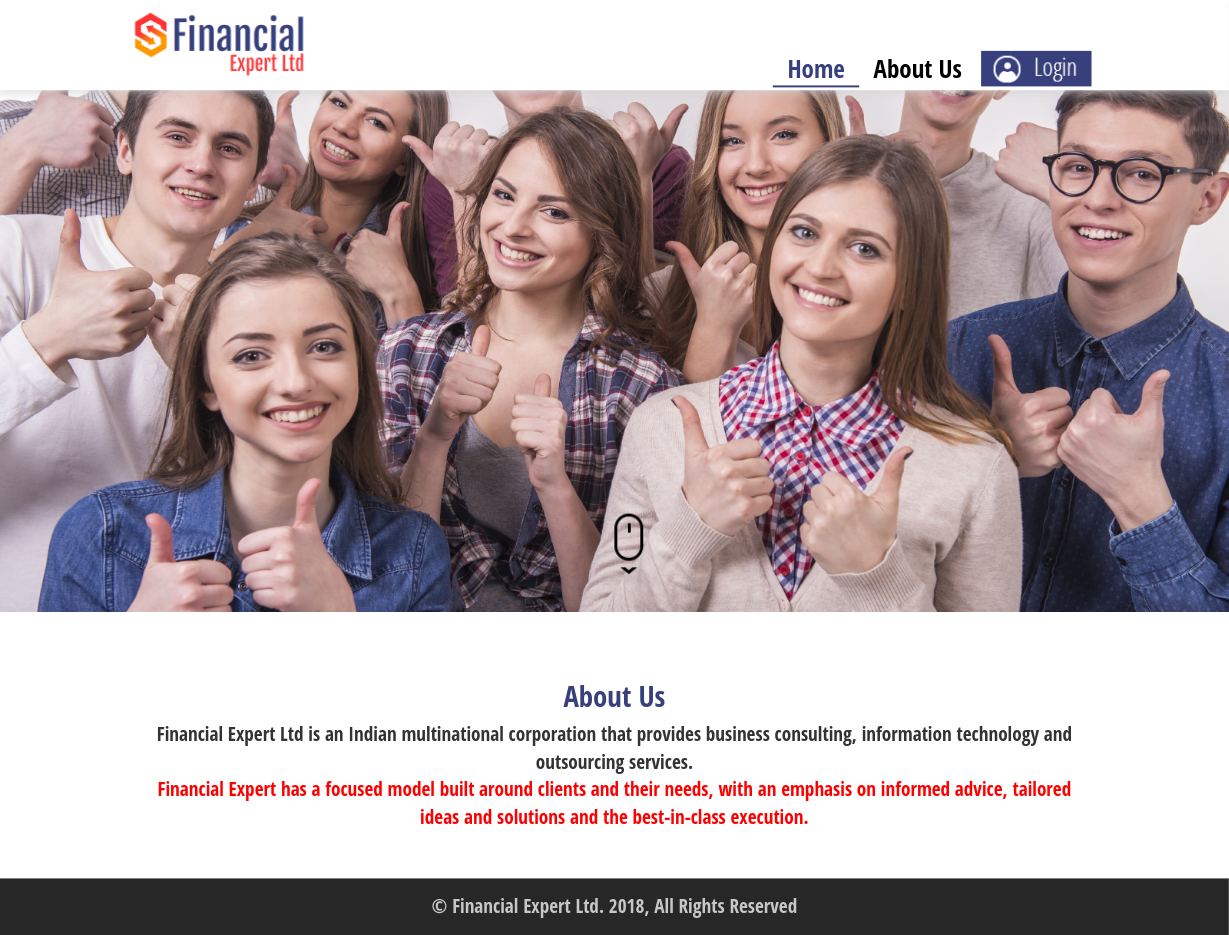
Repository: intkhabahmed/AcceleratedBootcampWebsites
Page: http://localhost/FinancialExpert/UI/index.jsp
An editor plug-in stored every save of this project. The page is shown before and after the next save, followed by the edit.
The browser window is 1280 px wide. The pictures show the whole page, at 96% of full size.
Some web fonts or font styles are not loaded; a fallback is used. The page is served by Tomcat 9. Nobody is signed in. The application's start-up code is not run. Other server files are loaded and not shown.

Above is the page before, as saved 2018-02-13 08:13:27.

### FinancialExpert/WebContent/UI/index.jsp
<%@ page language="java" contentType="text/html; charset=ISO-8859-1"
	pageEncoding="ISO-8859-1"%>
<%@taglib uri="http://java.sun.com/jsp/jstl/core" prefix="c"%>
<!DOCTYPE html>
<html>
<head>
<title>Financial Expert Ltd.</title>
<meta http-equiv="Content-Type" content="text/html; charset=ISO-8859-1">
<meta name="viewport" content="width=device-width, initial-scale=1.0">
<link rel="stylesheet" type="text/css" href="css/bootstrap.min.css">
<link rel="stylesheet" type="text/css" href="css/font-awesome.min.css">
<link rel="stylesheet" type="text/css" href="css/custom.css">
<link
	href='https://fonts.googleapis.com/css?family=Open Sans Condensed:300'
	rel='stylesheet'>
</head>
<body id="home">

	<jsp:include page="header.jsp"></jsp:include>


	<!-- <div class="row"> -->
	<div id="carousel-example-generic" class="carousel slide"
		data-ride="carousel">
		<!-- Indicators -->
		<img src="images/downarrow.png" alt="DownArrow" id="downarrow" />
		<!-- Wrapper for slides -->
		<div class="carousel-inner" role="listbox">
			<div class="item active">
				<img src="images/banner.png" alt="">
			</div>
		</div>

	</div>
	<!--end carousel-->

	<!-- </div> -->
	<div class="container">
		<hr>
		<div class="row">
			<div id="aboutus">
				<h2 align="center">About Us</h2>
				<p align="center">Financial Expert Ltd is an Indian
					multinational corporation that provides business consulting,
					information technology and outsourcing services.</p>
				<p align="center" class="error">Financial Expert has a focused model built around clients and
					their needs, with an emphasis on informed advice, tailored ideas
					and solutions and the best-in-class execution.</p>
			</div>
			<!--end aboutus-->
		</div>
		<hr>
	</div>
	<!--end container-->
	<div id="footer">
		<footer>
			<p align="center">&copy; Financial Expert Ltd. 2018, All Rights
				Reserved</p>
		</footer>
	</div>
	<div class="overlay" title="click to close"></div>
	<div id="loginWindow">
		<h2 align="center">Login Form</h2>
		<form class="form-vertical" method="post" action="login.html"
			id="login_form">
			<div class="form-group">
				<input type="text" name="username" required="required"
					class="form-control" placeholder="Enter UserName" /> <input
					type="password" name="password" required="required"
					class="form-control" placeholder="Enter Password" />

			</div>
			<div class="form-group">
				<h4 id="forgotPass">
					<a href="#" class="pull-left">Forgot Password?</a>
				</h4>
				<input type="submit" name="login_btn" id="login_btn" value="Login"
					class="pull-right btn btn-default" />
			</div>
		</form>
	</div>
	<div id="queryWindow">
		<h2 align="center">Query Form</h2>
		<form class="form-vertical" method="post" action="askQuery.html"
			id="query_form">
			<div class="form-group">
				<label class="form-label" for="receiver">Choose Company</label> <br>
				<input type="radio" name="receiver" required="required"
					value="BeneesFradia" /> BeneesFradia &nbsp;&nbsp; <input
					type="radio" name="receiver" value="QuickgunHeadley" />
				QuickgunHeadley <br>
			</div>
			<div class="form-group">
				<textarea rows="4" class="form-control"
					placeholder="Enter the query" name="query"></textarea>
				<input type="submit" name="querySubmit_btn" id="querySubmit_btn"
					value="Send" class="form-control btn btn-default" />
			</div>
		</form>
	</div>

	<div id="uploadWindow">
		<h2 align="center">Upload Proposal</h2>
		<form class="form-vertical" method="post" action="#" id="upload_form"
			enctype="multipart/form-data">
			<div class="form-group">
				<label class="form-label" for="receiver">Choose Company</label> <br>
				<input type="radio" name="receiver" required="required"
					value="BeneesFradia" /> BeneesFradia &nbsp;&nbsp; <input
					type="radio" name="receiver" value="QuickgunHeadley" />
				QuickgunHeadley <br>
			</div>
			<div class="form-group">
				<input type="file" name="propsalFile" id="fileInput"
					required="required" class="pull-left" /> <input type="submit"
					name="propsalSubmit_btn" value="Upload"
					class="btn btn-default pull-right" id="proposalSubmit_btn" />
			</div>
		</form>
	</div>

	<script type="text/javascript" src="js/jquery-3.1.0.min.js"></script>
	<script type="text/javascript" src="js/bootstrap.min.js"></script>
	<script type="text/javascript" src="js/custom.js"></script>
	<c:if test="${errorMessage ne null}">
		<%-- 	<div class="alert alert-danger" role="alert" >"${errorMessage}"</div> --%>
		<script>
			alert("${errorMessage}");
			showLoginPage();
		</script>
	</c:if>
	<c:if test="${successMessage ne null}">
		<%-- 	<div class="alert alert-success" role="alert">"${successMessage}"</div> --%>
		<script>
			alert("${successMessage}");
			window.location = "index.html";
		</script>
	</c:if>
</body>
</html>

### FinancialExpert/WebContent/UI/header.jsp
<%@ page language="java" contentType="text/html; charset=ISO-8859-1"
    pageEncoding="ISO-8859-1"%>
<%@taglib uri="http://java.sun.com/jsp/jstl/core" prefix="c" %>
<nav class="navbar navbar-custom navbar-custom-fitting">
	  <div class="container">
	    <!-- Brand and toggle get grouped for better mobile display -->
	    <div class="navbar-header">
	      <button type="button" class="navbar-toggle collapsed" data-toggle="collapse" data-target="#bs-example-navbar-collapse-1" aria-expanded="false">
	        <span class="sr-only">Toggle navigation</span>
	        <span class="icon-bar"></span>
	        <span class="icon-bar"></span>
	        <span class="icon-bar"></span>
	      </button>
	      <a class="navbar-brand" href="index.html"><img src="images/team1logo.png" alt="Financial Expert"></a>
	    </div>

	    <!-- Collect the nav links, forms, and other content for toggling -->
	    <div class="collapse navbar-collapse" id="bs-example-navbar-collapse-1">
	      <ul class="nav navbar-nav navbar-right" id="main-nav">
	        <li class="active"><a href="#home">Home <span class="sr-only">(current)</span></a></li>
	        <li><a href="#aboutus">About Us</a></li>
	        <c:if test="${sessionScope.user.username eq null}">
	        <li id="login_button" onclick="showLoginPage()"><img src="images/loginbtn.png" class="img img-responsive"/></li>
	      	</c:if>
	      	<c:if test="${sessionScope.user.username ne null}">
	      	<li id="uploadForm"><a href="#">Upload Proposal</a></li>
	      	<li id="raiseQuery_btn"><a href="#">Support</a></li>
	        <li class="dropdown">
	          <a href="#" class="dropdown-toggle" data-toggle="dropdown" role="button" aria-haspopup="true" aria-expanded="false">${sessionScope.user.teamName } <span class="fa fa-angle-down"></span></a>
	          <ul class="dropdown-menu">
	            <li><a href="showProfile.html">Dashboard</a></li>
	            <li><a href="logout.html">Logout</a></li>
	          </ul>
	        </li>
	        </c:if>
	      </ul>
	    </div><!-- /.navbar-collapse -->
	  </div><!-- /.container-fluid -->
	</nav>

### FinancialExpert/WebContent/css/custom.css
/****************************Common CSS**************************/

.padding-10x{
	padding: 10px;
}
.padding-5x{
	padding: 5px;
}
.padding-20x{
	padding: 20px;
}

.center{
	display: block;
	margin: 0 auto;
}
.no-margin {
	margin: 0;
}
.error {
	color: red;
}
.success {
	color: #5cb85c;
}
#errorBlock{
	position: absolute;
	top: 15%;
	width: 100%;
}
body {
	font-family: Open Sans Condensed !important;
	font-size: 20px !important;
}
.dropdown-menu {
	font-size: 18px;
    background-color: #000;
    opacity: 0.7;
    border: 1px solid #ccc;
    border: 1px solid rgba(0,0,0,.15);
    border-radius: 0px;
    top: 110%;
}
.dropdown-menu li a{
	color: #ffffff;
}
.dropdown-menu li a:hover {
	color: #8080ff;
	background: #000000;
	opacity: 1;
}
.dropdown> a{
	max-height: 36px;
}

input, button, .form-control, .btn {
	border-radius: 0px !important;
}

input[type=submit]:hover, .btn:hover {
	color: #333333;
}
p {
    margin: 0 10px;
}
/***********************Index Page*********************************/
hr {
	border-top: none;
}
#home {
	padding-top: 94px;
}
#formContainer {
	border-radius: 15px;
	padding: 10px;
	z-index: 1;
}

#login_btn_cover {
	padding: 3px;
}

#homeBannerImage{
	min-height: 370px;
	z-index: 1;
}

@media screen and (min-width: 991px){
	.navbar-custom-fitting {
		width: 100%;
	}
	.container {
		max-width: 1024px;
	}

	.navbar-brand {
		padding: 10px !important;
		height: auto;
	}
	#main-nav {
		margin-top: 39px;
		height: 53px;
		padding-top: 13px;
	}
	nav> .container {
		height: auto;
	}

	.carousel {
		width: 100%;

	}
	.carousel-inner>.item>img {
		width: 100%;
	}
	#loginWindow {
		width: 30vw;
		left: 35vw;
	}
	#uploadWindow {
		width: 40vw;
		left: 30vw;
	}
	#queryWindow {
		width: 30vw;
		left: 35vw;
	}
	#confirmWindow {
		width: 30vw;
		left: 35vw;
	}
}

@media screen and (min-width: 768px) and (max-width: 990px){
	#main-nav {
		height: 40px;
		padding-top: 23px;
		margin-top: 30px;
	}

	.navbar-custom-fitting {
		width: 100%;
	}
	.navbar-brand {
		padding: 10px !important;
    	height: auto;
	}
	#login_button {
		margin-bottom: 2px;
	}
	nav> .container {
		height: 92px;
	}
	.carousel {
		width: 100%;
		height: 60vh;
	}
	.carousel-inner>.item>img {
		width: 100%;
		height: 60vh;
	}
	.container {
		max-width: 100%;
		width: 100%;
	}
	#loginWindow {
		width: 40vw;
		left: 35vw;
	}
	#uploadWindow {
		left: 30vw;
		width: 40vw;
	}
	#queryWindow {
		width: 40vw;
		left: 35vw;
	}
	#confirmWindow {
		width: 30vw;
		left: 35vw;
	}
}

@media screen and (max-width: 767px){
	nav> .container {
		padding: 2px;
		width: 100%;
		height: auto;
	}

	.navbar-custom-fitting {
		width: 100%;
	}
	.navbar-brand {
		padding: 0px 25px !important;
	}
	.navbar-header {
		height: 90px;
	}
	#main-nav {
		margin-top: 39px;
		background-color: #ffffff;
   	 	padding: 15px;

	}
	#login_button {
		margin: 5px 15px;
	}
	.carousel {
		width: 100%;
		height: 50vh;
		margin: 0 auto;
	}
	.carousel-inner>.item>img {
		width: 100%;
		height: 50vh;
	}
	.container {
		max-width: 100%;
		width: 100%;
	}
	#loginWindow, #uploadWindow, #queryQindow, #confirmWindow {
		width: 100%;
	}
	#shortcut_links .col-sm-4 img {
		display: block;
		margin: 0 auto;
		width: 100%;
	}
	.navbar-toggle {
		margin-top: 30px;
    	margin-right: 45px;
	}
}
.navbar-nav {
	font-size: 26px !important;
}
#login_button {
	cursor: pointer;
	margin-left: 5px;
}
.navbar-nav> .active a {
	border-bottom: 2px solid #373f7c ;
	color: #373f7c !important;
	background-color: transparent !important;
}

.navbar {
	border-radius: 0px;
}

.navbar-custom {
	background: #FFFFFF;
}

.navbar-nav a {
	transition: all 0.5s ease-in-out;
}

.contact-form-fields input {
	margin: 3px 0;
}

.navbar-nav a{
	color: #000000;
}

.navbar-custom-fitting {
	position: fixed;
	top: 0;
	z-index: 1030;
	box-shadow: -1px 1px 11px 0px #d2d2d2;
}

.navbar-nav>li>a {
	padding: 8px 15px !important;
}

/***********************UserProfile Page*********************************/
.navbar-toggle>.icon-bar {
	background-color: #000000;
}
.navbar-toggle {
	border-color: #000000;
}
.navbar-toggle:hover {
	border-color: #333333;
	background-color: #eeeeee;
}

/***********************Footer******************************************/
#footer {
	background: #282727;
	color: #c7c7c7;
	width: 100%;
	padding: 15px;
}

#footerSpace{
	margin-top: 65px;
}

/***********************Error Page*********************************/
#errorBlock{
	position: absolute;
	top: 15%;
	width: 100%;
}

/***********************Login Modal View*********************************/
.overlay {
	position: fixed;
	top: 0;
	left: 0;
	width: 100%;
	opacity: 0.7;
	min-height: 100%;
	display: none;
	background-color: #000000;
	z-index: 1031;
	cursor: pointer;
}
#loginWindow, #uploadWindow, #queryWindow, #confirmWindow {
	position: fixed;
	top: 25vh;
	z-index: 1032;
	opacity: 1;
	display: none;
	color: #ffffff;
	background-color: #373f7c;
	padding: 10px;
}
#loginWindow a {
	color: #eeeeee;
}

#login_form input, #upload_form input, #query_form input{
	margin: 10px 0;

}

textarea {
    resize: none;
}

#left-control-button, #right-control-button {
	padding-bottom: 5px;
	background-color: #ffffff;
	color: #000000;
}

#aboutus {
	padding: 10px;

}
#aboutus h2 {
	color: #373f7c;
}
.carousel-control {
	top: 50%;
}
.carousel-control.left, .carousel-control.right {
	background-image: none;
}

#downarrow {
	position: absolute;
	bottom: 40px;
	left: 50%;
	z-index: 1;
}


#profile_logo_container {
	box-shadow: 0px 1px 11px 0px #d2d2d2;
	padding: 5px;
	width: 100%;
}
#login_btn, #querySubmit_btn, #proposalSubmit_btn, #deleteQuery_btn, #cancel_btn {
	background: #ffffff !important;
}
#login_btn:hover, #querySubmit_btn:hover, #proposalSubmit_btn:hover, #deleteQuery_btn:hover, #cancel_btn:hover {
	color: #373f7c;
}
input[type=submit], .btn {
	font-size: 26px;
	padding-top: 0px;
	border: 0px;
	background: #373f7c;
}
input[type=submit]:active, .btn:active {
	background: #373f7c !important;
}
input[type=submit]:hover, .btn:hover {
	background: #373f7c;
	color: #eeeeee;
}

### FinancialExpert/WebContent/js/custom.js
$(function(){
	$("nav a").click(function(){
		$('html, body').animate({
        scrollTop: $(this.hash).offset().top
    }, 1500);
    return false;
	});

	$("nav a").click(function(){
		$("nav li").removeClass("active");
		$(this).parent().addClass("active");
	});


	$(".overlay").on('click', function(){
		$(this).fadeOut();
		$("#loginWindow").fadeOut();
		$("#uploadWindow").fadeOut();
		$("#queryWindow").fadeOut();
		$("#confirmWindow").fadeOut();
	});

	$("#uploadForm, #uploadForm_shortcut").on('click', function(){
		$(".overlay").fadeIn();
		$("#uploadWindow").fadeIn();
		return false;
	});

	$("#raiseQuery_btn").on('click', function(){
		$(".overlay").fadeIn();
		$("#queryWindow").fadeIn();
	});

	$(".carousel-control.left").mouseenter(function(){
		$("#left-indicator img").attr("src", "images/leftarrow_ro.png");
	});
	$(".carousel-control.right").mouseenter(function(){
		$("#right-indicator img").attr("src", "images/rightarrow_ro.png");
	});

	$(".carousel-control.left").mouseleave(function(){
		$("#left-indicator img").attr("src", "images/leftarrow.png");
	});
	$(".carousel-control.right").mouseleave(function(){
		$("#right-indicator img").attr("src", "images/rightarrow.png");
	});

	$("#proposalSubmit_btn").bind('click', function(){
		var input = document.getElementById("fileInput");
		if(input.files[0].size >= 10485760){
			alert("File size should be less than 10MB");
			return false;
		}else{
			$("#upload_form").attr("action", "uploadFile.html");
			return true;
		}
	});

	$("#login_button img").mouseenter(function(){
		$(this).attr("src", "images/loginbtn_over.png");
	});
	$("#login_button img").mouseleave(function(){
		$(this).attr("src", "images/loginbtn.png");
	});

	$("#forgotPass").click(function(){
		alert("Please Contact Support Team");
	});

	$("#delete_btn").click(function(){
		$(".overlay").fadeIn();
		$("#confirmWindow").fadeIn();
	});

	$("#cancel_btn").click(function(){
		$(".overlay").fadeOut();
		$("#confirmWindow").fadeOut();
	});

});
function showLoginPage(){
	$(".overlay").fadeIn();
	$("#loginWindow").fadeIn();
}
function showAlert(value){
	alert(value.text());
}

Loaded but not shown: FinancialExpert/WebContent/css/bootstrap.min.css (library); FinancialExpert/WebContent/css/font-awesome.min.css (library); FinancialExpert/WebContent/js/jquery-3.1.0.min.js (library); FinancialExpert/WebContent/js/bootstrap.min.js (library)

After the next save:
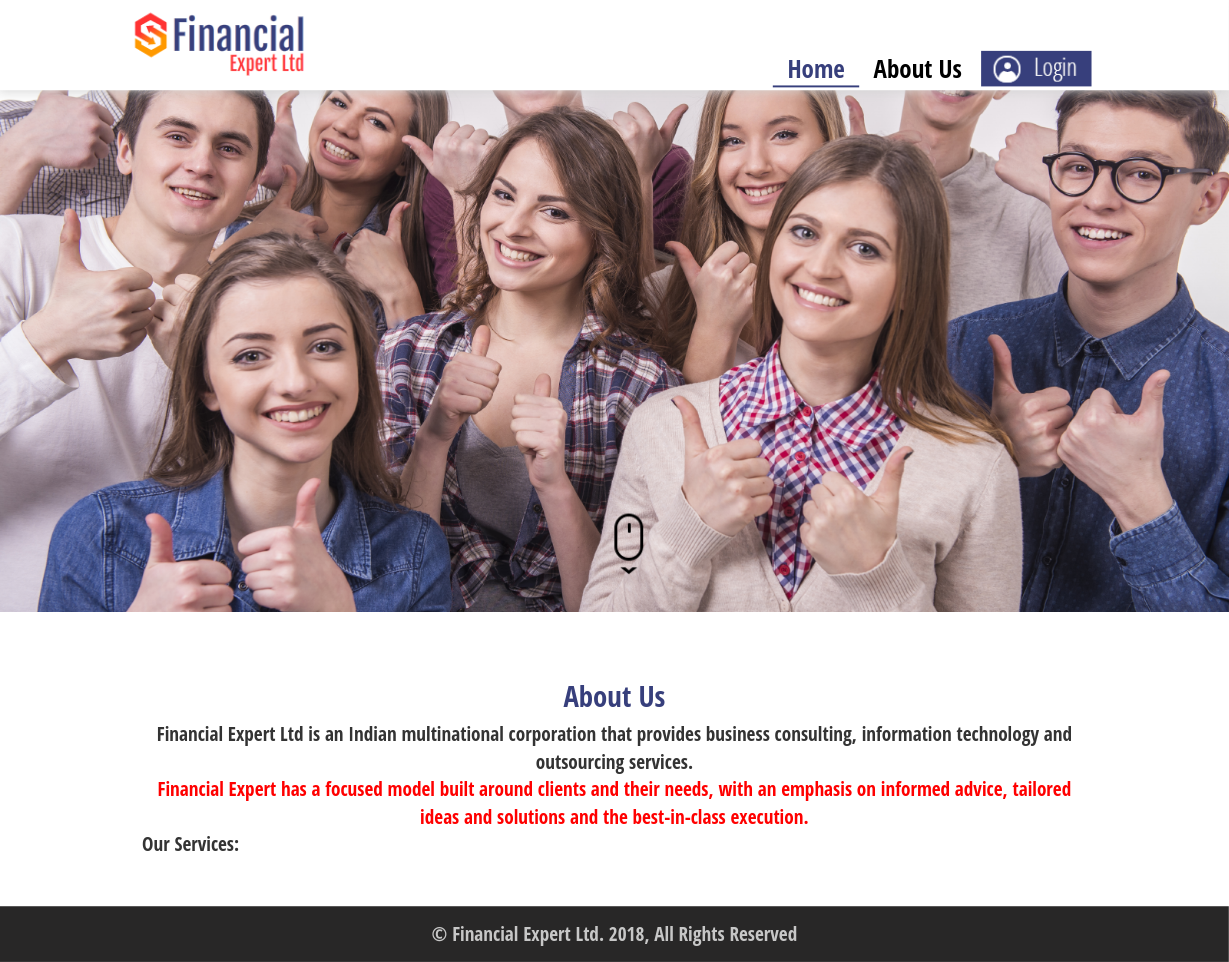
Saved 17 s later.
--- a/FinancialExpert/WebContent/UI/index.jsp
+++ b/FinancialExpert/WebContent/UI/index.jsp
@@ -46,6 +46,7 @@
 				<p align="center" class="error">Financial Expert has a focused model built around clients and
 					their needs, with an emphasis on informed advice, tailored ideas
 					and solutions and the best-in-class execution.</p>
+				<p>Our Services:</p>
 			</div>
 			<!--end aboutus-->
 		</div>
